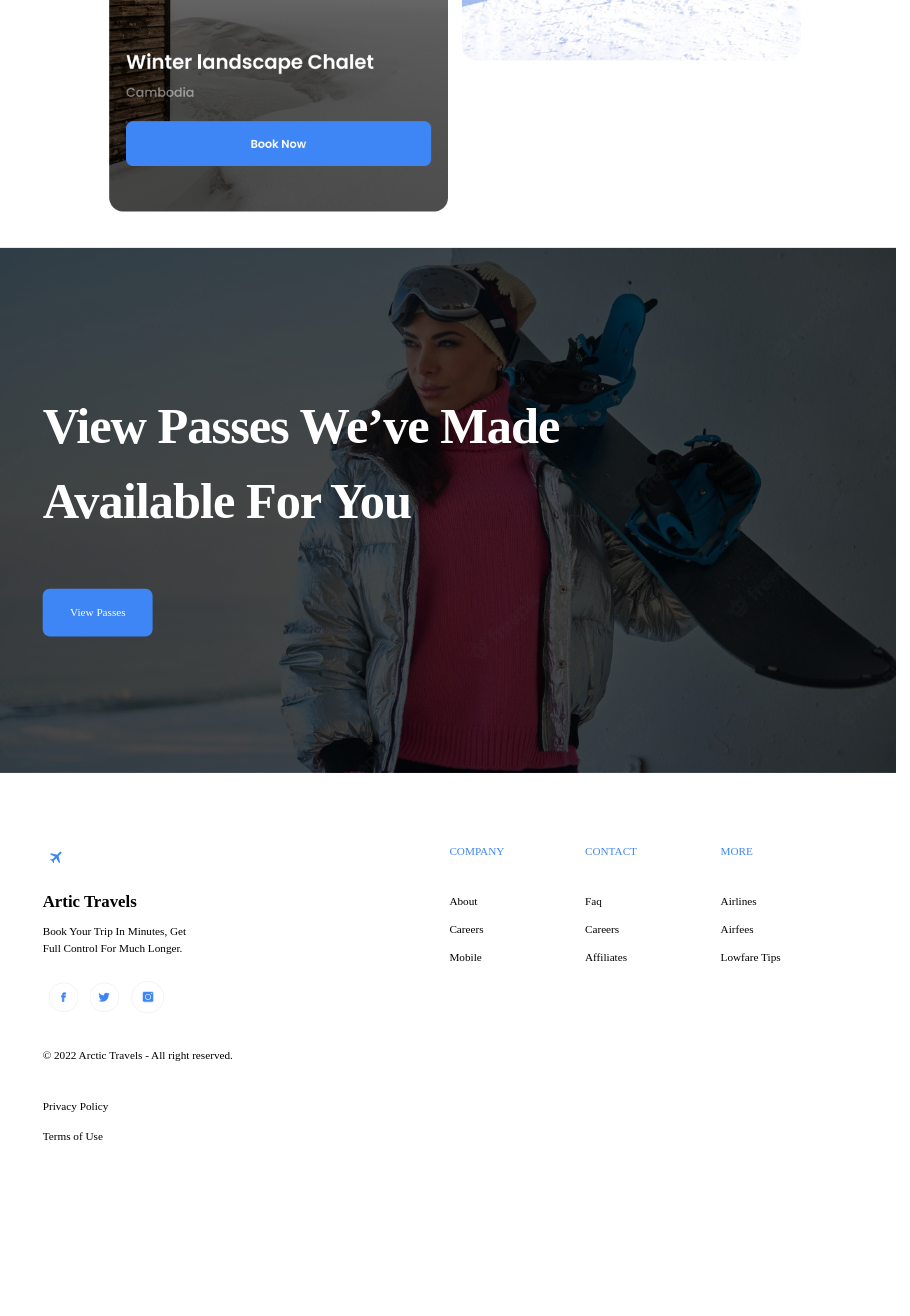
Repository: swissjake/arctic-travel-agency
Page: /
These files come from the project's save history. The page is drawn as it stood at one moment and after a run of saves; the edit follows.
The browser window is 1280 px wide. The page is 1300 px wide, so the pictures cover 1300 px, including what lies to the right of the window. The pictures show the part of the page from y = 4173 to 6053 px (the page is 6053 px tall before and 6009 px after), at 70% of full size.
The project was rebuilt for these pictures with package versions that can differ from the ones it lists, and the page was loaded fresh each time. Also part of the build but not shown: src/App.css.

Above is the page before, as saved 2022-05-04 17:40:39.

After the next 2 saves:
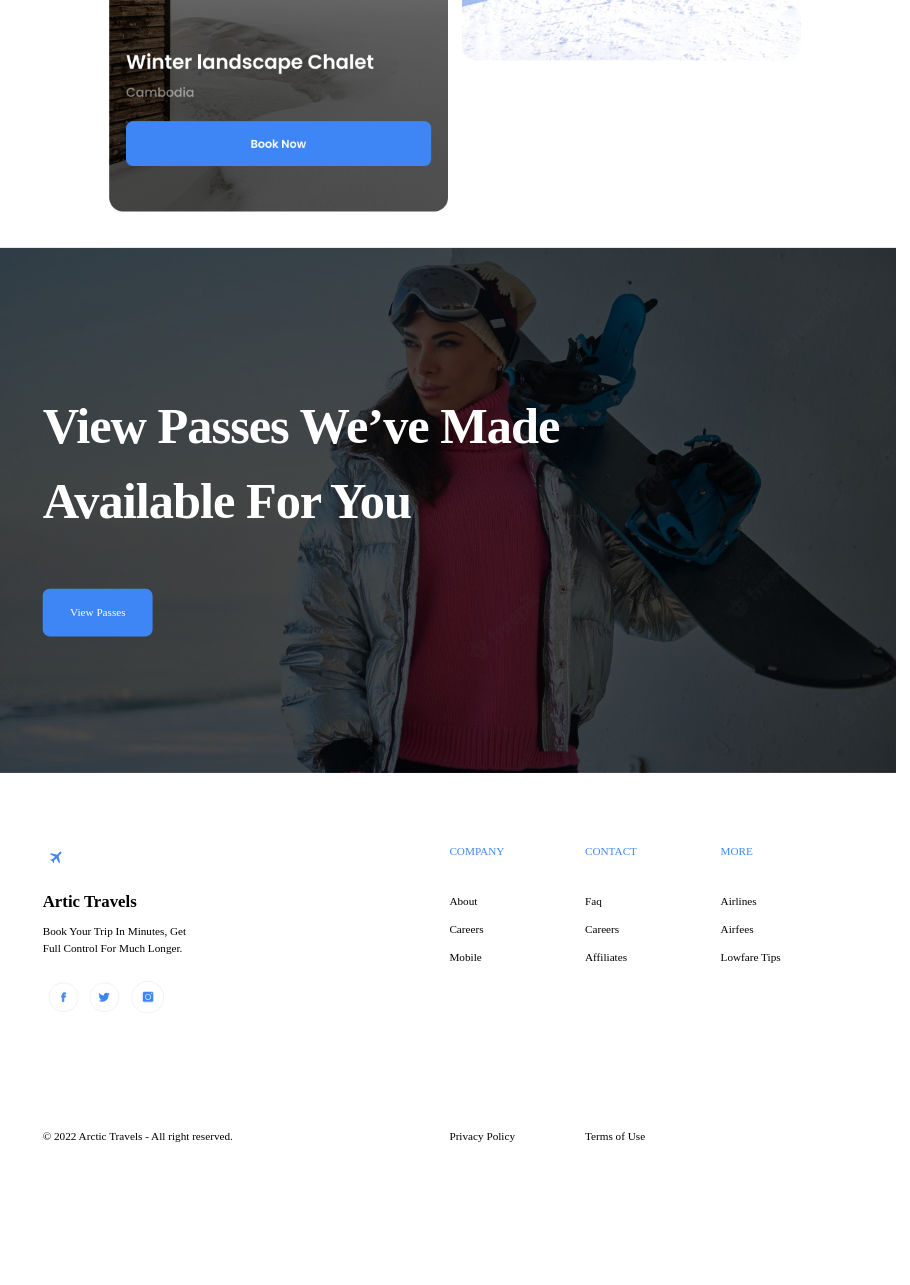
The 2 saves are shown as one change because they came seconds apart.
The last was saved 7 s later.
--- a/src/components/Footer/Footer.tsx
+++ b/src/components/Footer/Footer.tsx
@@ -61,7 +61,7 @@ control for much longer.</p>
 
               </div>
 
-              <div className="mt-[]sm:flex justify-between">
+              <div className="mt-[7.25rem] sm:flex justify-between">
 
 <div className="mb-[3rem] w-[50%]">
 © 2022 Arctic Travels - All right reserved.
